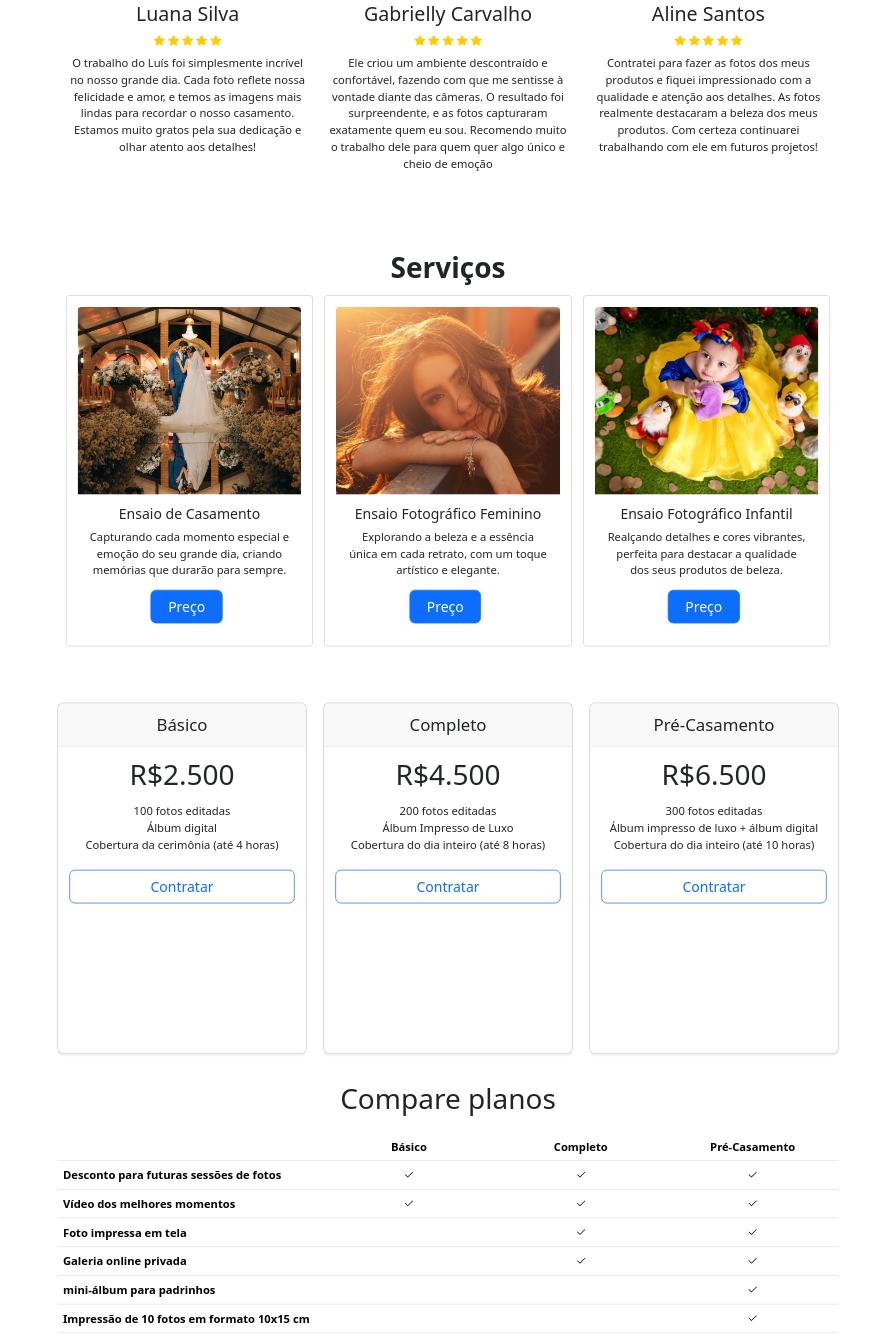
Repository: Marinalr-25/portifolio-fotografia
Page: index.html
The author's editor kept a copy of each file at every save. The page is drawn from the files as they stood at one save, then again after the next save.
The browser window is 1280 px wide. The pictures show the part of the page from y = 2482 to 4402 px (the page is 4402 px tall before and 4204 px after), at 70% of full size.
A picture or video elsewhere on the page could not be fetched, so the positions and the page height are approximate.

Above is the page before, as saved 2025-01-20 15:18:30.

After the next save:
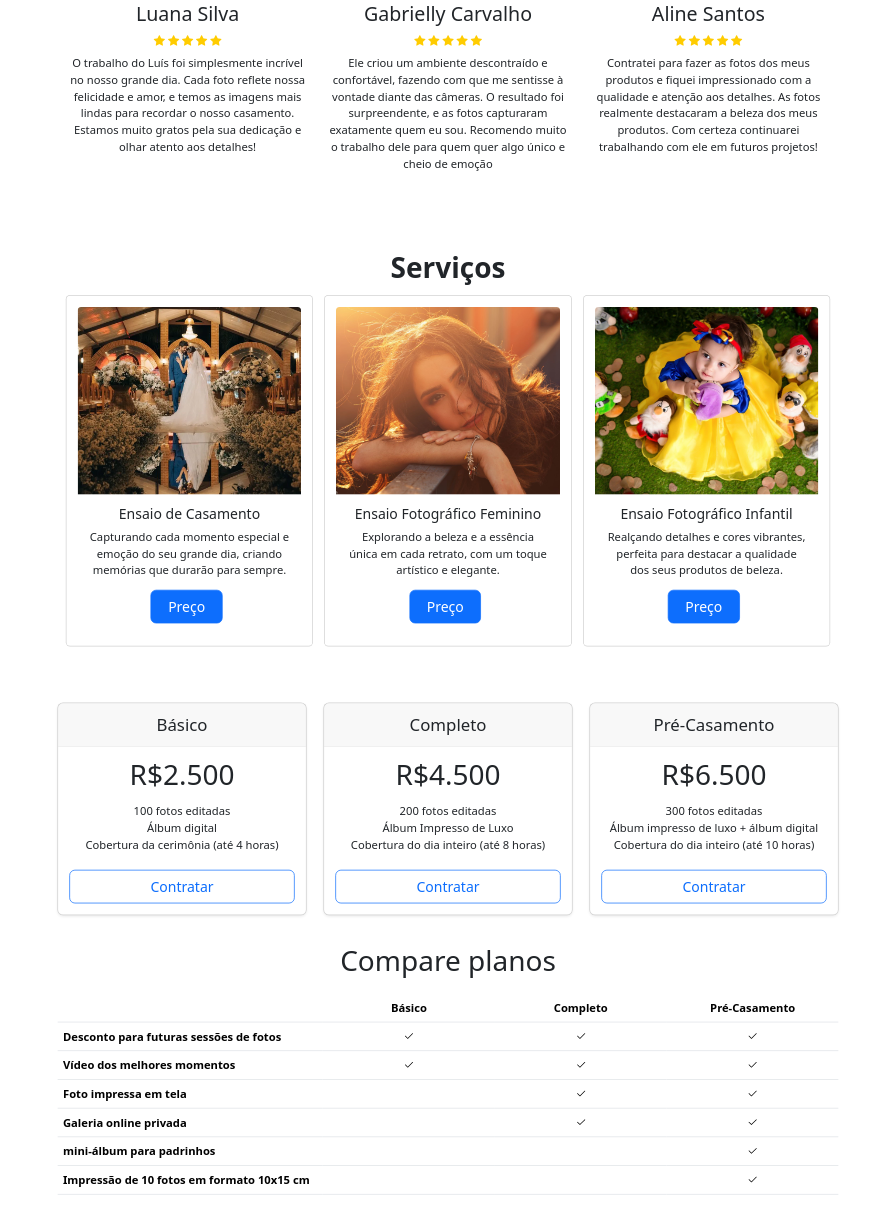
Saved 9 s later.
--- a/css/style.css
+++ b/css/style.css
@@ -106,7 +106,7 @@
   height: 250px;
 }
 
-.card {
+.cardServico {
   height: 502px;
 }
 
